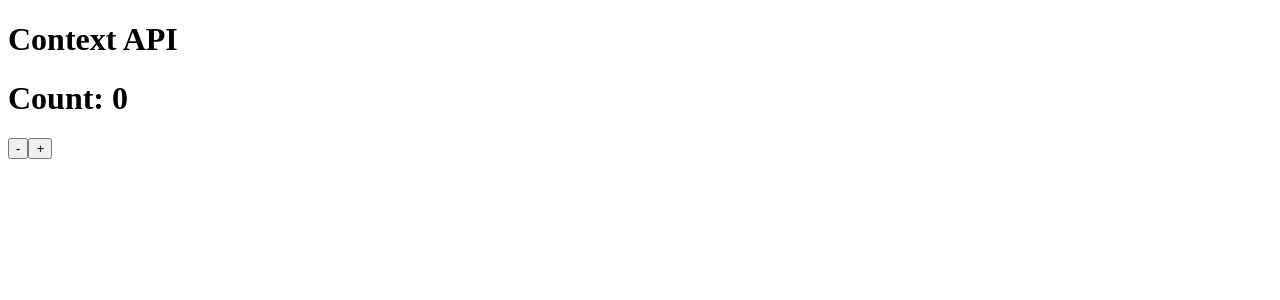
Repository: hungtuan/reactjs-k4-fullstack
Page: / (app in react-03/)
An editor plug-in stored every save of this project. The page is shown before and after the next save, followed by the edit.
The browser window is 1280 px wide. The pictures show the whole page.
The project was rebuilt for these pictures with package versions that can differ from the ones it lists, and the page was loaded fresh each time. Also part of the build but not shown: react-03/vite.config.js.

Above is the page before, as saved 2023-11-15 15:17:10.

After the next save:
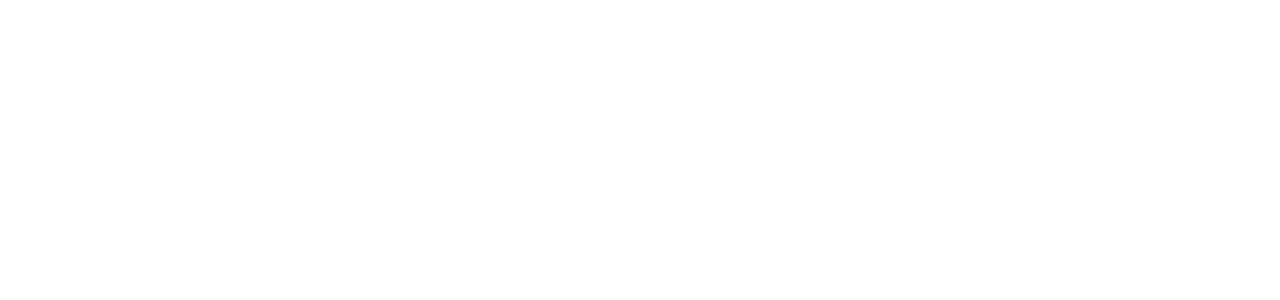
Console error: TypeError: Cannot set properties of undefined (setting 'email')
Saved 69 s later.
--- a/react-03/src/components/Count.jsx
+++ b/react-03/src/components/Count.jsx
@@ -9,8 +9,8 @@
   ];
 
   console.log(arr);
-  arr.reduce((inc, curr) => {
-    console.log(curr);
+  arr.reduce((prev, curr) => {
+    prev[curr[0]] = curr[0];
     // return inc.curr;
   }, {});
   return (

After the save that followed:
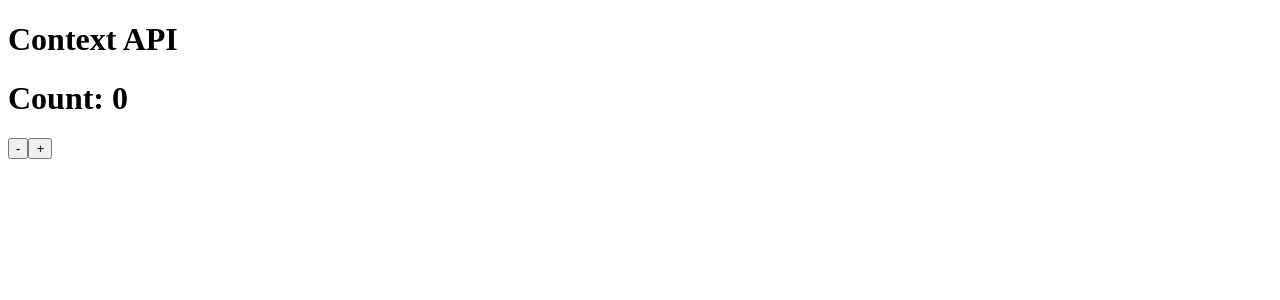
The error is gone.
Saved 10 s later.
--- a/react-03/src/components/Count.jsx
+++ b/react-03/src/components/Count.jsx
@@ -11,7 +11,7 @@
   console.log(arr);
   arr.reduce((prev, curr) => {
     prev[curr[0]] = curr[0];
-    // return inc.curr;
+    return prev;
   }, {});
   return (
     <div>
